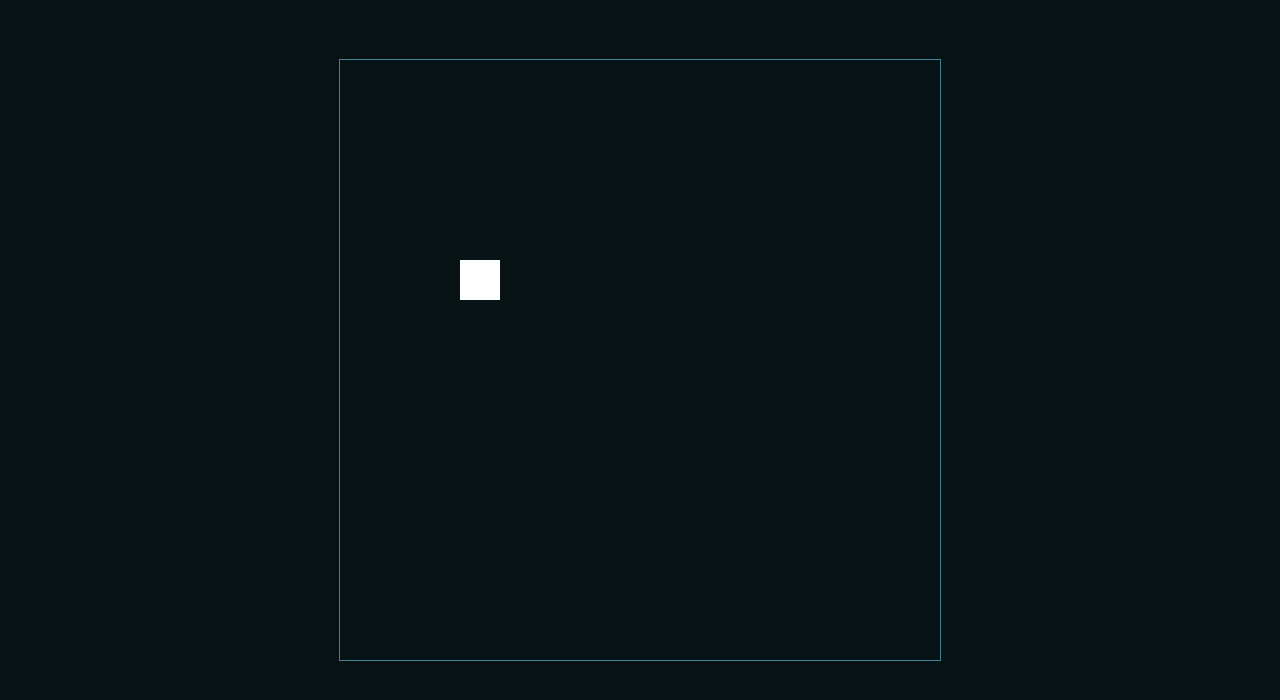
Repository: rehans-Life/linkedlist-snake-game
Page: /
The author's editor kept a copy of each file at every save. The page is drawn from the files as they stood at one save, then again after the next save.
The browser window is 1280 px wide. The pictures show the whole page.
The project was rebuilt for these pictures with package versions that can differ from the ones it lists, and the page was loaded fresh each time. The framework's server and built-in components were replaced by stand-ins that run in the browser. Also part of the build but not shown: next.config.js.

Above is the page before, as saved 2023-04-16 01:53:00.

### pages/index.js
import Head from "next/head";
import styles from "../styles/Home.module.css";
import Board from "../components/Board";

export default function Home() {
  return (
    <div className={styles.container}>
      <Head>
        <title>Linked List Snake Game</title>
        <meta name="description" content="linked list snake game" />
        <link rel="icon" href="/favicon.ico" />
      </Head>
      <Board />
    </div>
  );
}

### styles/globals.css
html,
body {
  padding: 0;
  margin: 0;
  font-family: -apple-system, BlinkMacSystemFont, Segoe UI, Roboto, Oxygen,
    Ubuntu, Cantarell, Fira Sans, Droid Sans, Helvetica Neue, sans-serif;
}

a {
  color: inherit;
  text-decoration: none;
}

* {
  box-sizing: border-box;
}

button {
  margin: 0;
  padding: 0;
}

### styles/Home.module.css
.container {
  background-color: rgb(7, 18, 21);
  height: 100vh;
  display: flex;
  align-items: center;
  justify-content: center;
}

.board {
  border: 1px solid rgb(62, 131, 154);
}

.row {
  display: flex;
  align-items: center;
  justify-content: center;
}

.cell {
  width: 40px;
  height: 40px;
}

.snake_cell {
  background-color: green;
}

.food_cell::before {
  content: "";
  height: 75%;
  width: 75%;
  border-radius: 50%;
  background-color: red;
}

.reverse_cell {
  background-color: purple;
}

.head {
  background-color: white;
}

### components/Board.jsx
/* eslint-disable react-hooks/exhaustive-deps */
import React, { useEffect, useState } from "react";
import styles from "../styles/Home.module.css";
import { createBoard, randomIntInIntervel } from "../utils";

const BOARD_SIZE = 10;

// A Class to represent each node of the linked list
class Node {
  constructor(value, row, col) {
    this.value = value;
    this.row = row;
    this.col = col;
    this.next = null;
  }
}

// A class to represent the singly linked list
class SinglyLinkedList {
  constructor(head) {
    let node = new Node(head.value, head.row, head.col);
    this.head = node;
    this.tail = node;
  }
}

const Direction = {
  UP: "UP",
  RIGHT: "RIGHT",
  DOWN: "DOWN",
  LEFT: "LEFT",
};

const reverseDirection = {
  UP: "DOWN",
  RIGHT: "LEFT",
  DOWN: "UP",
  LEFT: "RIGHT",
};

export default function Board() {
  const [board, setBoard] = useState(createBoard(15));

  // A set to store the values of all snake cells intially our snake will be of size
  // one cell and start from the 44th cells.
  const [snakeCells, setSnakeCells] = useState(new Set([80]));

  // A linked list for our snake initally going to have only one node which
  // is at cell 44.
  const [linkedlist, setLinkedList] = useState(
    new SinglyLinkedList({ value: 80, row: 5, col: 4 })
  );

  const [foodCell, setFoodCell] = useState(85);
  const [direction, setDirection] = useState(Direction.RIGHT);

  const [reverseLinkedList, setReverseLinkedList] = useState(false);

  useEffect(() => {
    window.addEventListener("keydown", (e) => {
      handleKeyDown(e.key);
    });
    let gameStartInternal = setInterval(() => {
      setLinkedList((currLinkedList) => moveLinkedList(currLinkedList));
    }, 250);
    return () => {
      clearInterval(gameStartInternal);
    };
  }, [direction, foodCell, snakeCells]);

  useEffect(() => {
    setSnakeCells((currSnakeCells) => moveSnakeCells(currSnakeCells));
  }, [linkedlist]);

  function handleKeyDown(key) {
    const direction = getDirectionFromKey(key);
    if (direction === "") return;
    setDirection(direction);
  }

  const getDirectionFromKey = (key) => {
    if (key === "ArrowUp") return Direction.UP;
    if (key === "ArrowRight") return Direction.RIGHT;
    if (key === "ArrowDown") return Direction.DOWN;
    if (key === "ArrowLeft") return Direction.LEFT;
    return "";
  };

  function moveLinkedList(originalLinkedlist) {
    let linkedList = copyLinkedList(originalLinkedlist);
    let currHead = linkedList.head;
    let newHead = createNewNodeInDirection(board, currHead);

    if (!newHead) {
      setFoodCell(85);
      setDirection(Direction.RIGHT);
      return new SinglyLinkedList({ value: 80, row: 5, col: 4 });
    }

    currHead.next = newHead;
    if (newHead.value === foodCell) {
      if (reverseLinkedList) {
        let reversedLinkedList = createReverseLinkedList(linkedList);
        let newDirection = newReverseDirection(originalLinkedlist.tail);
        setDirection(newDirection);
        while (true) {
          let newFoodCell = randomIntInIntervel(1, board[14][14]);
          if (!snakeCells.has(newFoodCell)) {
            setReverseLinkedList(Math.random() < 0.3);
            setFoodCell(newFoodCell);
            break;
          }
        }
        return { head: reversedLinkedList.head, tail: currHead };
      }

      let growthCell = createNewNodeForGrowth(board, linkedList.tail);
      let temp = linkedList.tail;
      linkedList.tail = growthCell;
      linkedList.tail.next = temp;

      while (true) {
        let newFoodCell = randomIntInIntervel(1, board[14][14]);
        if (!snakeCells.has(newFoodCell)) {
          setReverseLinkedList(Math.random() < 0.3);
          setFoodCell(newFoodCell);
          break;
        }
      }
    }
    return { head: newHead, tail: linkedList.tail.next };
  }

  function newReverseDirection(currHead) {
    let newDirection;
    let nextToHead = currHead.next;

    if (!nextToHead) {
      if (direction === "RIGHT") newDirection = reverseDirection["RIGHT"];
      else if (direction === "LEFT") newDirection = reverseDirection["LEFT"];
      else if (direction === "UP") newDirection = reverseDirection["UP"];
      else newDirection = reverseDirection["DOWN"];
      return newDirection;
    }

    if (direction === "RIGHT") {
      if (nextToHead.col === currHead.col - 1) {
        newDirection = "RIGHT";
      } else {
        newDirection = "LEFT";
      }
    }

    if (direction === "LEFT") {
      if (nextToHead.col === currHead.col + 1) {
        newDirection = "LEFT";
      } else {
        newDirection = "RIGHT";
      }
    }

    if (direction === "UP") {
      if (nextToHead.row === currHead.row + 1) {
        newDirection = "UP";
      } else {
        newDirection = "DOWN";
      }
    }

    if (direction === "DOWN") {
      if (nextToHead.row === currHead.row - 1) {
        newDirection = "DOWN";
      } else {
        newDirection = "UP";
      }
    }
    return newDirection;
  }

  function createReverseLinkedList(linkedList) {
    let tail = linkedList.tail;
    let curr = null;
    let prev = tail;

    while (prev) {
      let temp = prev.next;
      prev.next = curr;
      curr = prev;
      prev = temp;
    }

    return { head: tail, tail: curr };
  }

  function createNewNodeForGrowth(board, currTail) {
    let newTail;
    if (direction === "LEFT")
      newTail = new Node(
        board[currTail.row][currTail.col + 1],
        currTail.row,
        currTail.col + 1
      );
    else if (direction === "RIGHT")
      newTail = new Node(
        board[currTail.row][currTail.col - 1],
        currTail.row,
        currTail.col - 1
      );
    else if (direction === "DOWN") {
      if (currTail.row - 1 < 0) {
        newTail = new Node(
          board[currTail.row + 1][currTail.col],
          currTail.row + 1,
          currTail.col
        );
      } else {
        newTail = new Node(
          board[currTail.row - 1][currTail.col],
          currTail.row - 1,
          currTail.col
        );
      }
    } else if (direction === "UP") {
      if (currTail.row + 1 >= 15) {
        newTail = new Node(
          board[currTail.row - 1][currTail.col],
          currTail.row - 1,
          currTail.col
        );
      } else {
        newTail = new Node(
          board[currTail.row + 1][currTail.col],
          currTail.row + 1,
          currTail.col
        );
      }
    }

    return newTail;
  }

  function createNewNodeInDirection(board, currHead) {
    let newHead = false;
    if (
      direction === "LEFT" &&
      currHead.col - 1 >= 0 &&
      !snakeCells.has(board[currHead.row][currHead.col - 1])
    )
      newHead = new Node(
        board[currHead.row][currHead.col - 1],
        currHead.row,
        currHead.col - 1
      );
    else if (
      direction === "RIGHT" &&
      currHead.col + 1 < 15 &&
      !snakeCells.has(board[currHead.row][currHead.col + 1])
    )
      newHead = new Node(
        board[currHead.row][currHead.col + 1],
        currHead.row,
        currHead.col + 1
      );
    else if (
      direction === "DOWN" &&
      currHead.row + 1 < 15 &&
      !snakeCells.has(board[currHead.row + 1][currHead.col])
    )
      newHead = new Node(
        board[currHead.row + 1][currHead.col],
        currHead.row + 1,
        currHead.col
      );
    else if (
      direction === "UP" &&
      currHead.row - 1 >= 0 &&
      !snakeCells.has(board[currHead.row - 1][currHead.col])
    )
      newHead = new Node(
        board[currHead.row - 1][currHead.col],
        currHead.row - 1,
        currHead.col
      );
    return newHead;
  }

  function copyLinkedList(linkedList) {
    let node = linkedList.tail;
    let newNode = new Node(node.value, node.row, node.col);
    let newTail = newNode;
    while (node.next) {
      let next = node.next;
      let newNext = new Node(next.value, next.row, next.col);
      node = next;
      newNode.next = newNext;
      newNode = newNext;
    }
    return {
      head: newNode,
      tail: newTail,
    };
  }

  function moveSnakeCells() {
    let movedSnake = [];
    let node = linkedlist.tail;

    while (node) {
      movedSnake.push(node.value);
      node = node.next;
    }
    movedSnake.reverse();
    return new Set(movedSnake);
  }

  return (
    <div className={styles.board}>
      {board.map((row, i) => (
        <div key={i} className={styles.row}>
          {row.map((value, j) => (
            <div
              key={j}
              className={`${styles.cell} ${
                linkedlist.head.value === value
                  ? styles.head
                  : snakeCells.has(value)
                  ? styles.snake_cell
                  : reverseLinkedList && value === foodCell
                  ? styles.reverse_cell
                  : value === foodCell
                  ? styles.food_cell
                  : ""
              }`}
            ></div>
          ))}
        </div>
      ))}
    </div>
  );
}

### utils.js
export const randomIntInIntervel = (max, min) => {
  return Math.floor(Math.random() * (max - min + 1)) + min;
};

export const createBoard = (board_size) => {
  // All the cells which have a certain value assigned to them
  let board = [];
  let counter = 1;
  for (let i = 0; i < board_size; i++) {
    let row = [];
    for (let j = 0; j < board_size; j++) row.push(counter++);
    board.push(row);
  }
  return board;
};

Loaded but not shown: pages/_app.js (common file)

After the next save:
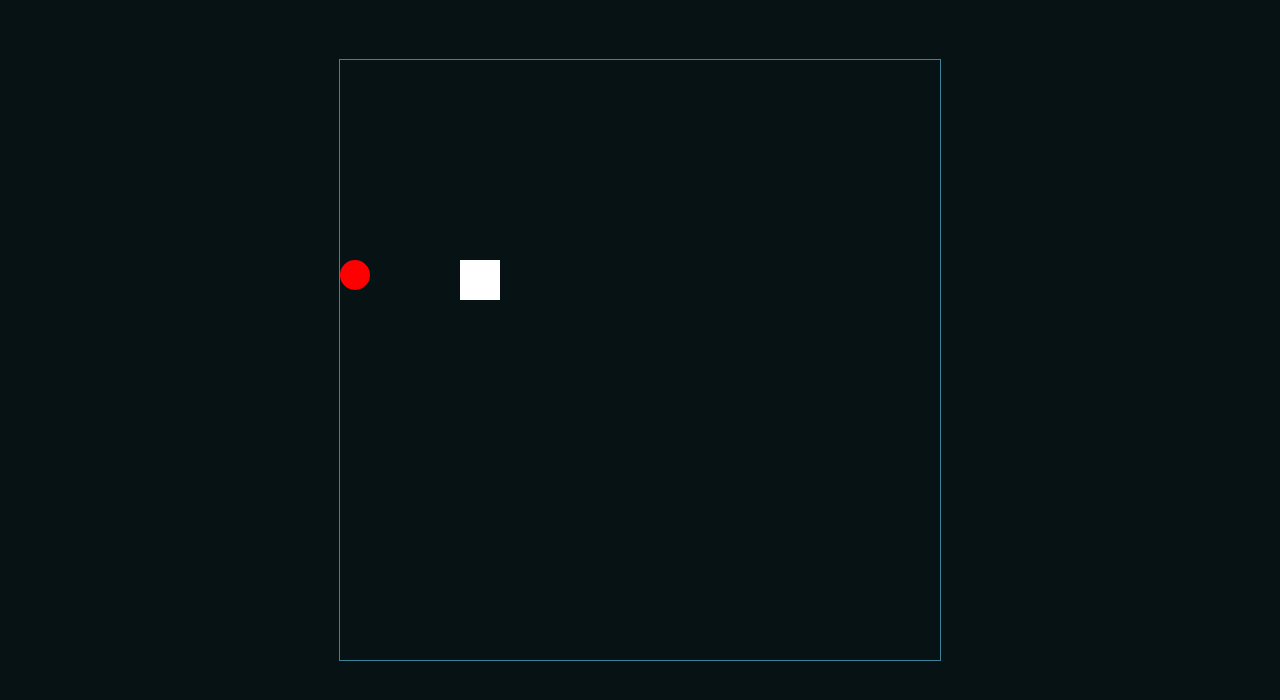
Saved 25 s later.
--- a/styles/Home.module.css
+++ b/styles/Home.module.css
@@ -25,9 +25,14 @@
   background-color: green;
 }
 
+.food_cell {
+  position: relative;
+}
+
 .food_cell::before {
   content: "";
   height: 75%;
+  position: absolute;
   width: 75%;
   border-radius: 50%;
   background-color: red;
